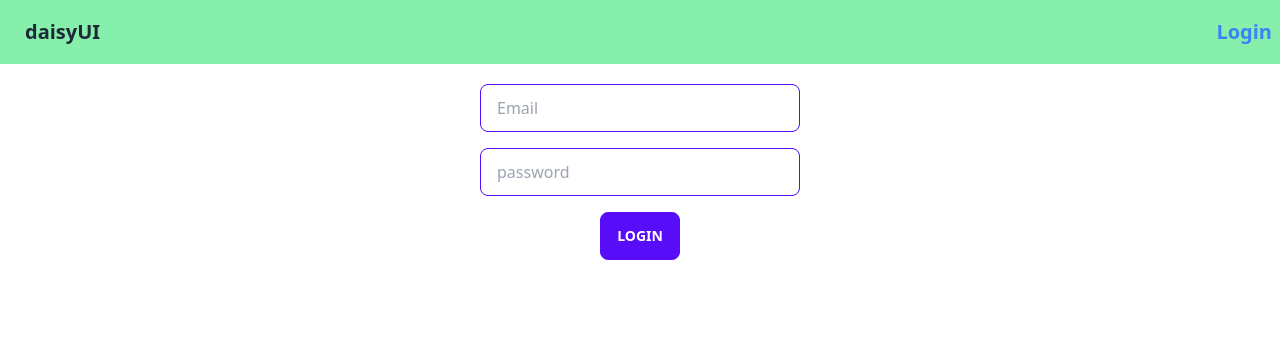
Repository: mohamedk98/Sparrow
Page: /login (app in client/)
The author's editor kept a copy of each file at every save. The page is drawn from the files as they stood at one save, then again after the next save.
The browser window is 1280 px wide. The pictures show the whole page.
The project was rebuilt for these pictures with package versions that can differ from the ones it lists, and the page was loaded fresh each time. Also part of the build but not shown: client/src/App.css, client/src/pages/Home.js, client/src/pages/Profile.js.

Above is the page before, as saved 2022-06-27 16:44:02.

After the next save:
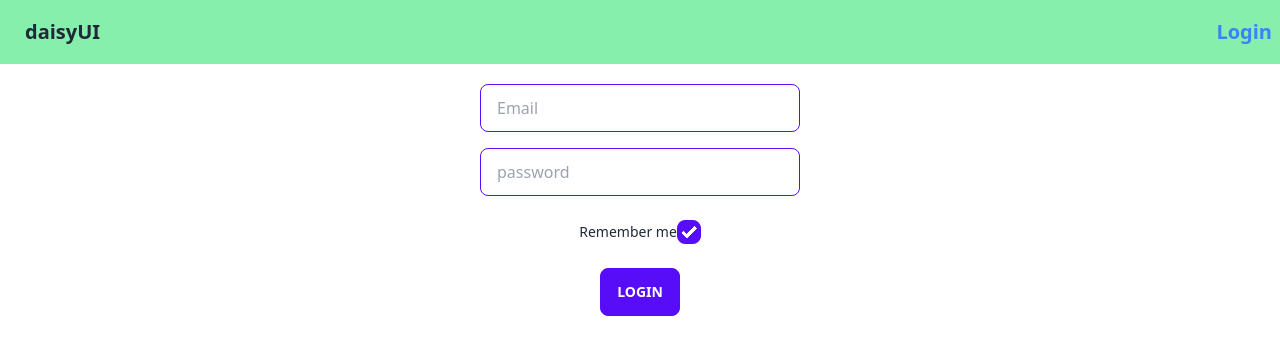
Saved 19 s later.
--- a/client/src/pages/Login.js
+++ b/client/src/pages/Login.js
@@ -56,7 +56,16 @@ const Login = () => {
         className="input input-bordered input-primary w-full max-w-xs"
         {...formik.getFieldProps("password")}
       />
-
+      <div class="form-control">
+        <label class="label cursor-pointer">
+          <span class="label-text">Remember me</span>
+          <input
+            type="checkbox"
+            checked="checked"
+            class="checkbox checkbox-primary"
+          />
+        </label>
+      </div>
       {formError && <div className="text-red-500">{formError}</div>}
 
       <button type="submit" className="btn btn-primary">
